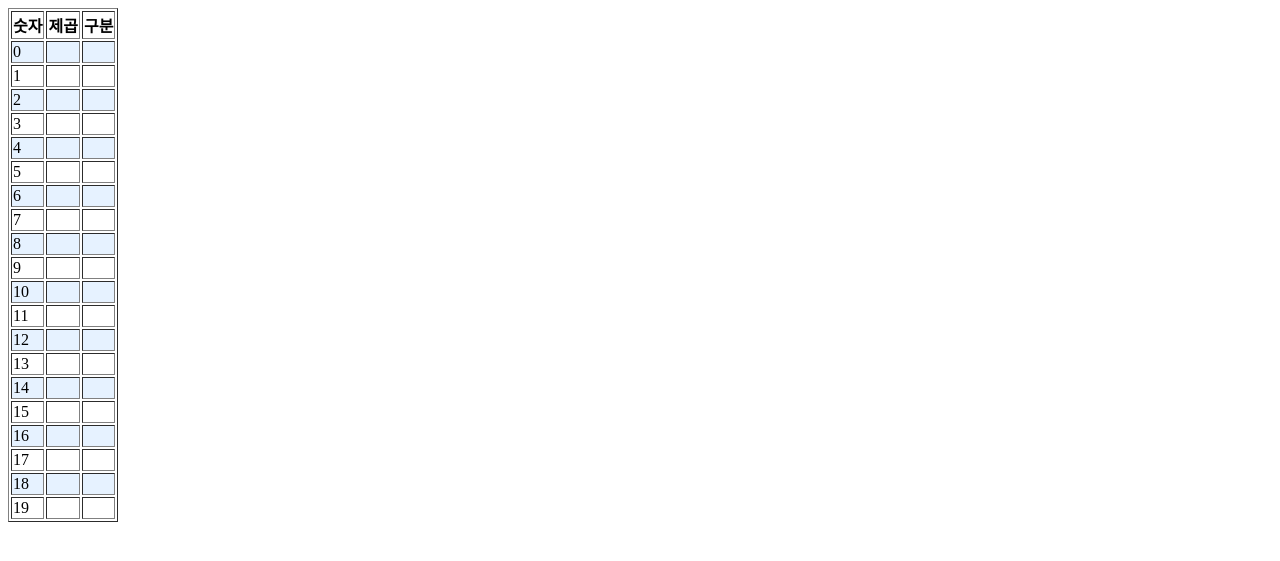
Repository: kkj68106810-dot/jsp2026
Page: http://localhost/chapter01/example_stripe.jsp
The author's editor kept a copy of each file at every save. The page is drawn from the files as they stood at one save, then again after the next save.
The browser window is 1280 px wide. The pictures show the whole page.
The page is served by Tomcat 9.

Above is the page before, as saved 2026-10-16 06:03:32.

### chapter01/src/main/webapp/example_stripe.jsp
<%@ page language="java" contentType="text/html; charset=UTF-8"
    pageEncoding="UTF-8"%>
<!DOCTYPE html>
<html>
<head>
<meta charset="UTF-8">
<title>Insert title here</title>
</head>
<body>
	<%!

	%>

	<table border="1">
		<tr>
			<th>숫자</th>
			<th>제곱</th>
			<th>구분</th>

		</tr>
		<% for(int i = 0 ; i < 20; i++) { %>
		<tr style="background-color:<%=i%2 == 0 ? "#e6f2ff" : "#ffffff" %>">
			<td>
			<%=i%>
			</td>
			<td>
			</td>
			<td>
			</td>

		</tr>
		<% } %>


	</table>

</body>
</html>

After the next save:
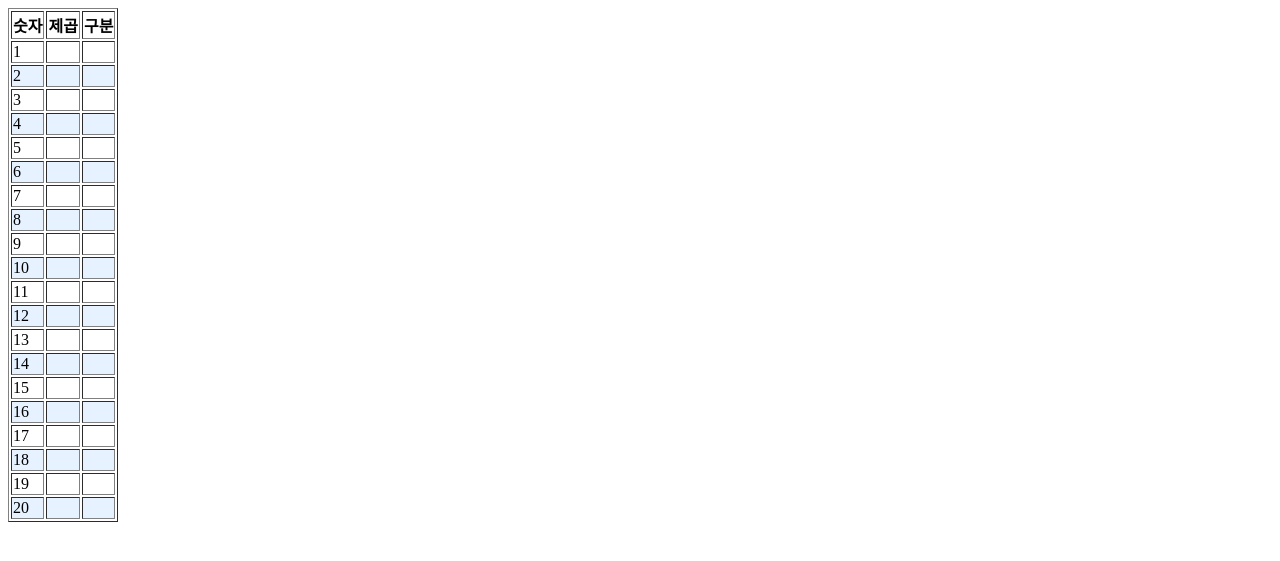
Saved 38 s later.
--- a/chapter01/src/main/webapp/example_stripe.jsp
+++ b/chapter01/src/main/webapp/example_stripe.jsp
@@ -18,7 +18,7 @@
 			<th>구분</th>
 
 		</tr>
-		<% for(int i = 0 ; i < 20; i++) { %>
+		<% for(int i = 1 ; i <= 20; i++) { %>
 		<tr style="background-color:<%=i%2 == 0 ? "#e6f2ff" : "#ffffff" %>">
 			<td>
 			<%=i%>
